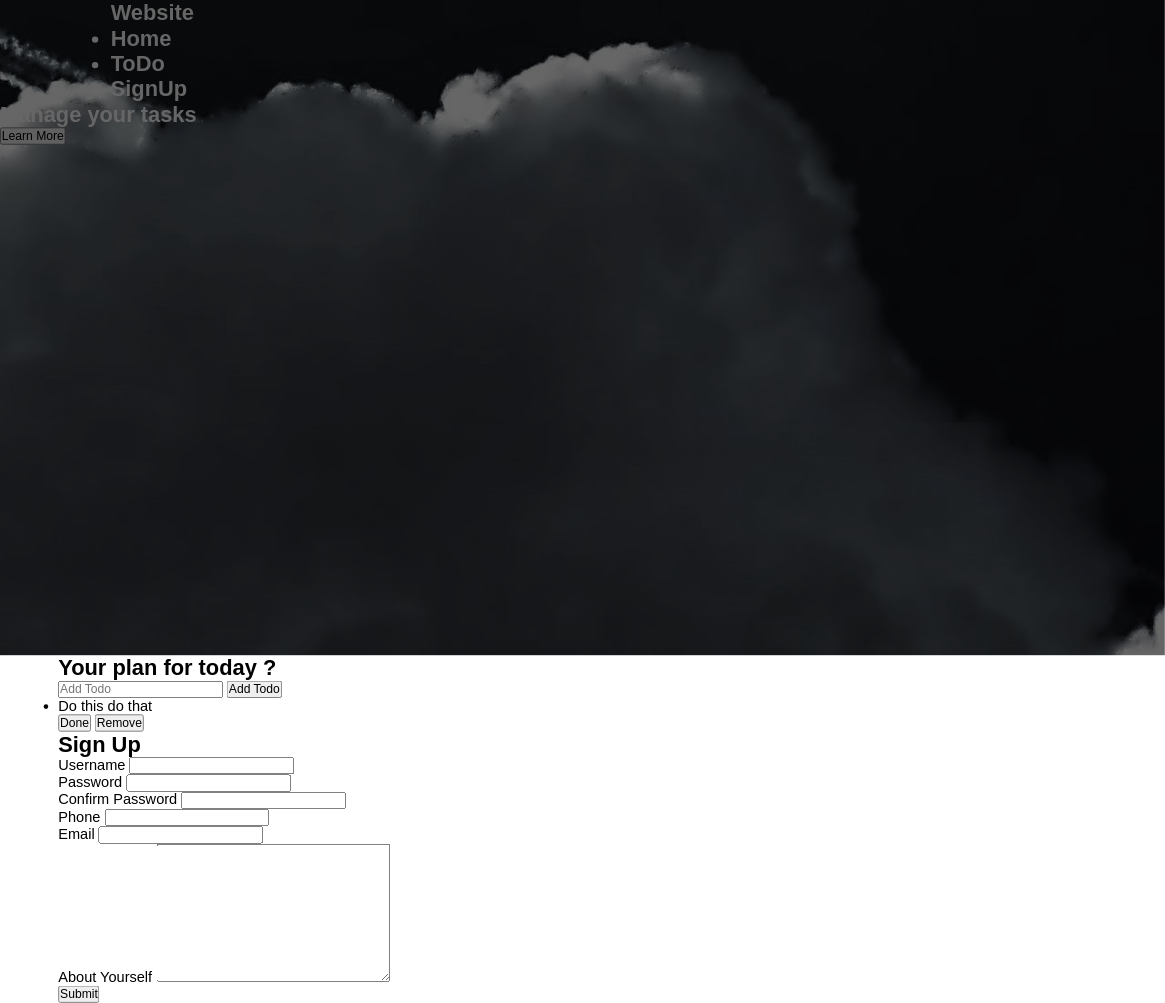
Repository: codewithfaizan/JavaScriptSelf
Page: 27.08.2022/index.html
An editor plug-in stored every save of this project. The page is shown before and after the next save, followed by the edit.
The browser window is 1280 px wide. The pictures show the whole page, at 91% of full size.

Above is the page before, as saved 2022-08-27 16:58:06.

After the next save:
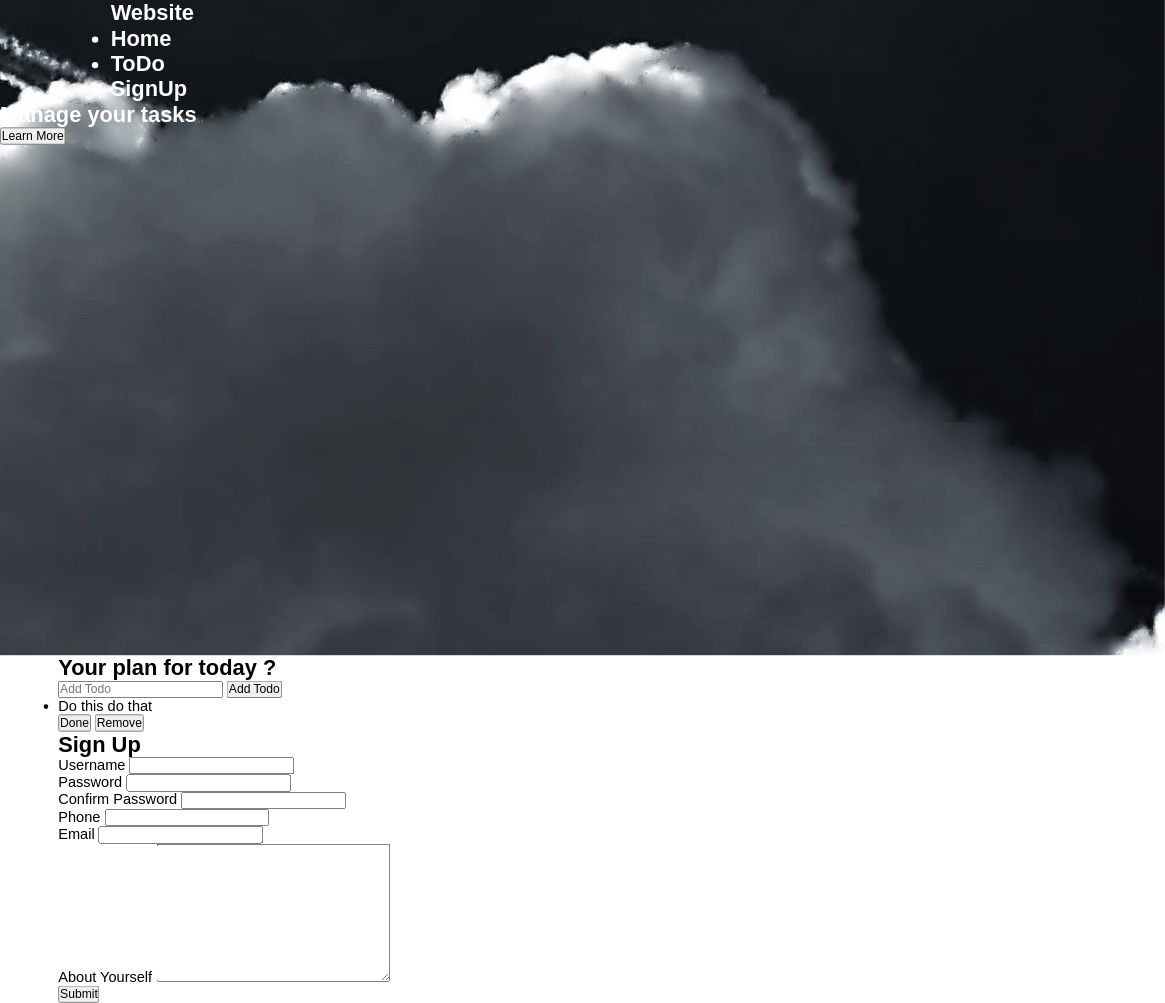
Saved 5 s later.
--- a/27.08.2022/style.css
+++ b/27.08.2022/style.css
@@ -15,7 +15,7 @@ a{
 .header{
    min-height: 100vh;  /* <--!vh means viewport height--> */
     background-image: url(./pexels-sevenstorm-juhaszimrus-1302330.jpg);
-    filter:brightness(40%);
+    /* filter:brightness(40%); */
     /* filter:contrast(80%); */
     background-position: center;
     background-repeat: no-repeat;
